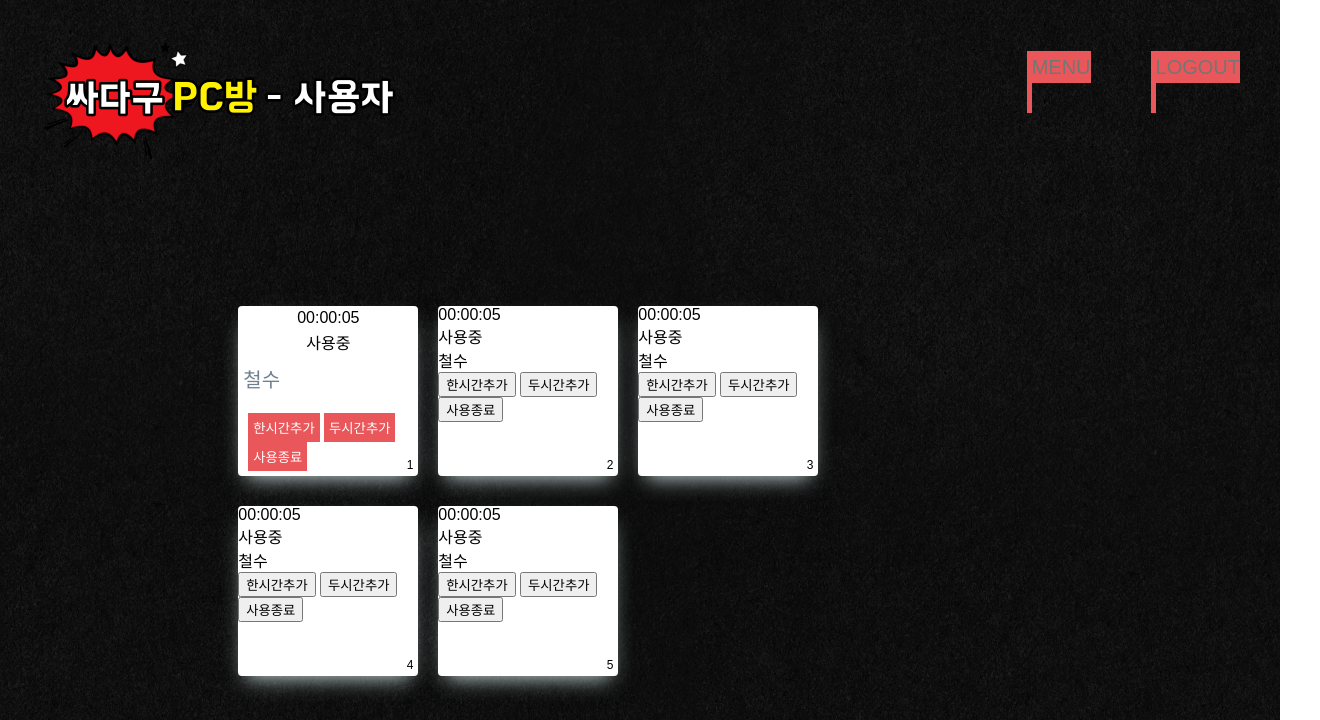
Repository: lkwoung/webProject-assignment
Page: http://localhost/CheapPC/userSeat.jsp
An editor plug-in stored every save of this project. The page is shown before and after the next save, followed by the edit.
The browser window is 1280 px wide. The page is 1320 px wide, so the pictures cover 1320 px, including what lies to the right of the window. The pictures show the whole page.
Some web fonts or font styles are not loaded; a fallback is used. The page is served by Tomcat 9. Other server files are loaded and not shown.

Above is the page before, as saved 2020-12-13 13:18:58.

### CheapPC/WebContent/userSeat.jsp
<%@ page language="java" contentType="text/html; charset=UTF-8"
   pageEncoding="UTF-8"%>
<!DOCTYPE html>

<html>
<head>
  <meta charset="UTF-8">
  <title>사용자 자리 view</title>
  <link rel="stylesheet" href="css/userView.css">
  <link href="https://fonts.googleapis.com/earlyaccess/hanna.css" rel="stylesheet" type="text/css" />
</head>
<style>
a{
background:#EA575B;
color:#fff;
border:none;
font-family:'Hanna', sans-serif;
padding:5px;
}</style>
<body>
<div class="nav-header">
    <div class="nav-brand">
    <i class="fa fa-bars fa-3x"></i>
    <div class="header-links">
      <ul>
        <li data-menuanchor="thirdPage"><a href="index.jsp">LOGOUT</a></li>
        <li data-menuanchor="secondPage"><a href="menu.jsp">MENU</a></li>
      </ul>
    </div>
  </div>
  </div>
<!-- partial:index.partial.html -->
<div id="app-cover">
  <div class="row">
    <div class="toggle-button-cover">
      <div class="button-cover">
        <div class="button r" id="button-1" >
          <div class="knobs"></div>
          <div class="layer">
         <div class="0" style="text-align:center;padding-top:3px;">00:00:00</div>
         <div id="0-state" style="text-align:center;padding-top:3px;padding-bottom:10px;">사용중</div>
         <div id="0-user" style="padding-left:5px; font-size:20px; color:#708090; padding-bottom:20px;"> </div>
         <div class="0buttons" style="top:20%; padding-left:10px; ">

         <input type="button" style="background:#EA575B; color:#fff;border:none; font-family:'Hanna', sans-serif;padding:5px;"onclick="fncAddTime(0,3600);" value="한시간추가"/>
         <input type="button" style="background:#EA575B; color:#fff;border:none; font-family:'Hanna', sans-serif;padding:5px;"onclick="fncAddTime(0,7200);" value="두시간추가"/>
         <input type="button" style="background:#EA575B; color:#fff;border:none; font-family:'Hanna', sans-serif;padding:5px;"onclick="fucEndTimer(0);" value="사용종료"/>
         </a>
         </div>
          </div>

        </div>
      </div>
    </div>
    <div class="toggle-button-cover">
      <div class="button-cover">
        <div class="button r" id="button-2">
          <div class="knobs"></div>
             <div class="layer">
                <div class="1">00:00:00</div>
                <div id="1-state">사용중</div>
                <div id="1-user"> </div>
            <input type="button" onclick="fncAddTime(1,3600);" value="한시간추가"/>
            <input type="button" onclick="fncAddTime(1,7200);" value="두시간추가"/>
            <input type="button" onclick="fucEndTimer(1);" value="사용종료"/>
         </div>
        </div>
      </div>
    </div>
    <div class="toggle-button-cover">
      <div class="button-cover">
        <div class="button r" id="button-3">
          <div class="knobs"></div>
          <div class="layer">
             <div class="2">00:00:00</div>
             <div id="2-state">사용중</div>
             <div id="2-user"> </div>
         <input type="button" onclick="fncAddTime(2,3600);" value="한시간추가"/>
         <input type="button" onclick="fncAddTime(2,7200);" value="두시간추가"/>
         <input type="button" onclick="fucEndTimer(2);" value="사용종료"/>
         </div>
        </div>
      </div>
    </div>
  </div>
  <div class="row">
    <div class="toggle-button-cover">
      <div class="button-cover">
        <div class="button r" id="button-4">
          <div class="knobs"></div>
          <div class="layer">
          <div class="3">00:00:00</div>
          <div id="3-state">사용중</div>
          <div id="3-user"> </div>
         <input type="button" onclick="fncAddTime(3,3600);" value="한시간추가"/>
         <input type="button" onclick="fncAddTime(3,7200);" value="두시간추가"/>
         <input type="button" onclick="fucEndTimer(3);" value="사용종료"/>
         </div>

        </div>
      </div>
    </div>
    <div class="toggle-button-cover">
      <div class="button-cover">
        <div class="button r" id="button-5">
          <div class="knobs"></div>
          <div class="layer">
             <div class="4">00:00:00</div>
             <div id="4-state">사용중</div>
             <div id="4-user"> </div>
         <input type="button" onclick="fncAddTime(4,3600);" value="한시간추가"/>
         <input type="button" onclick="fncAddTime(4,7200);" value="두시간추가"/>
         <input type="button" onclick="fucEndTimer(4);" value="사용종료"/>
         </div>
        </div>
      </div>
    </div>
    </div>
</div>

<!-- partial -->
<script type="text/javascript">
       var handler = new Array();
       var leftT = new Array();
       /* Timer */
       function countdown(className, seconds,user){
          var tnum = className; //타이머 번호
          var element,stateName,userName,endTime, hours, mins, secs, msLeft, time;

          stateName = className.concat("-state");
          userName = className.concat("-user");
         var sUser = String(user);
          function updateTimer(){
                      msLeft = endTime - (+new Date);
                      if ( msLeft < 0 ) { // 시간 초과시 이벤트 영역
                         stateName = className.concat("-state");
                         document.getElementById(stateName).innerHTML = '빈좌석';
                         document.getElementById(userName).innerHTML = ' ';
                      }
                      else {
                         document.getElementById(stateName).innerHTML = '사용중';//빈좌석을 사용중으로 변경 후
                         document.getElementById(userName).innerHTML = sUser ; //사용자 이름을 표기
                              time = new Date( msLeft );
                              leftT[tnum] = msLeft; //현재 남은 시간을 전역으로 추가
                              hours = ('0' + time.getUTCHours()).slice(-2);
                              mins  = ('0' + time.getUTCMinutes()).slice(-2);
                              secs  = ('0' + time.getUTCSeconds()).slice(-2);
                              element.innerHTML = hours + ':' + mins + ':' + secs;
                              handler[tnum] = setTimeout(updateTimer, time.getUTCMilliseconds());
                      }
               }
               element = document.getElementsByClassName(className);
               if(element.length!=0) {// 해당 타이머가 맞는지 확인
                      element = element[0];
                      endTime = (+new Date) + 1000 * seconds;
                      updateTimer(); // 타이머 실행

               } else { //해당 타이머가 아니면...
                      //alert("no timer");
               }
       }


       fncLoadTimer();
  //     countdown('0', 3600);  // seconds 로 생성
    //   countdown('1', 1234);  // seconds 로 생성
      // countdown('2', 5055);  // seconds 로 생성
       //countdown('3', 0);  // seconds 로 생성
       //countdown('4', 3);  // seconds 로 생성
  // countdown('5', 0);  // seconds 로 생성


function fncAddTime(tableNum,time) { //버튼 클릭
         clearTimeout(handler[tableNum]);
            tleft = leftT[tableNum] / 1000;
            timerName = String(tableNum);
            countdown(timerName,tleft + time,"a");
}



function fncLoadTimer() { //페이지 최초 실행시 db에서 불러오기
   for (i = 0; i < 5 ; i ++ ){ // 좌석수 만큼 반복
      var clssI = String(i); //i순서를 문자열(클래스명이 문자열임)로 바꾼 클레스i 변수
      countdown(clssI,10,"철수");  // seconds 로 생성
   }
}

function fncMakeTimer(tableNum) { //사용자 새로 등록하기
   var user = "갑수"
   var clss = String(tableNum);
   countdown(clss, 3600,"갑수");   // seconds 로 생성
}

function fucEndTimer(timernum){ //사용종료
   clearTimeout(handler[timernum]);
   timerName = String(timernum);
   countdown(timerName,0);
}

</script>


</body>
</html>

### CheapPC/WebContent/css/userView.css
/* CSS rules are kept repetitive so that you can get CSS rules for each button easily :) */

body
{
	background: url(image/user.png) no-repeat center center fixed;
	-webkit-background-size: cover;
	-moz-background-size: cover;
	-o-background-size: cover;
	background-size: cover;
    margin: 0;
    font-size: 16px;
    font-family:'Hanna', sans-serif;
    -webkit-font-smoothing: antialiased;
}
img.user {

	min-height: 100%;
	min-width: 1024px;
	width: 100%;
	height: auto;
	position: fixed;
	top: 0;
	left: 0;
}

@media screen and (max-width: 1024px) {
img.user {
	left: 50%;
	margin-left: -512px;
	}
}

}
ul {
  list-style-type: none;
}

a {
  text-decoration: none !important;
}

h1 {
  color: #ff6363;
  font-weight: bold;
}

p {
  font-size: 20px;
  color: #484848;
}

.section {
  text-align: center;
}

.skillbar {
  cursor: pointer;
}

.hide {
  display: none;
}

.display {
  display: block;
}

/* flash alert styles */

.flash-container {
  width: 100%;
  position: fixed;
  z-index: 700;
  padding-top: 20px;
  font-weight: bold;
}

.alert {
  text-align: center !important;
  width: 500px !important;
  margin-left: auto !important;
  margin-right: auto !important;
  color: #211809 !important;
}


/* nav header links */

.nav-brand {
  position: initial;
  left: 0;
  z-index: 600;
  padding: 10px;
}

.nav-brand img {
  width: 50px;
}

.fa-bars {
  display: none !important;
  color: #ff6363;
  float: right;
  padding: 20px;
  position: fixed;
  right: 0;
  z-index: 500;
  cursor: pointer;
}

.fa-times {
  color: #ff6363;
  float: right;
  padding: 20px;
  right: 0;
  z-index: 600;
  cursor: pointer;
}

.header-links {
  position: initial;
  width: 100%;
  z-index: 500;
  padding-right:50px;
}

.header-links li {
  color: white;
  display: inline;
  float: right;
  padding: 30px;
  font-size: 20px;
}

.header-links a {
  color: #757575;
  -webkit-transition: all 0.2s ease-in;
}

.header-links a:hover {
  color: #ff6363 !important;
}

/* slide out nav menu styles */

.nav-container {
  padding-top: 10%;
}

.nav-links {
  width: 250px;
  text-align: center;
  margin-left: auto;
  margin-right: auto;
}

.nav-links ul {
  margin-top: 15%;
  text-align: center;
  padding-top: 10%;
}

.nav-links a {
  color: #ffffff;
  font-size: 30px;
  line-height: 2.5;
  font-weight: bold;
  text-decoration: none;
  margin-left: auto;
  margin-right: auto;
}

.nav-links a:hover {
  color: #ff6363;
  -webkit-transition: all 0.6s ease-in-out;
  -o-transition: all 0.6s ease-in-out;
  -ms-transition: all 0.6s ease-in-out;
  -moz-transition: all 0.6s ease-in-out;
  transition: all 0.6s ease-in-out;
}

#fp-nav ul li .fp-tooltip {
  color: #5f5f5f !important;
}

/* Expanding border effect */

.header-links a::after {
  display: block;
  margin: 0 auto;
  margin-top: 5px;
  width: 0;
  height: 2px;
  background-color: #fff;
  content: "";
  opacity: 0;
  -webkit-transition: width 0.6s, opacity 0.8s;
  -moz-transition: width 0.6s, opacity 0.8s;
  transition: width 0.6s, opacity 0.8s;
}

.header-links a:hover::after,
.header-links a:focus::after {
  opacity: 1;
  width: 100%;
}
Resources
* {
  box-sizing: border-box;
}
#app-cover
{
    display: table;
    width: 600px;
    margin: 80px auto;
    counter-reset: button-counter;
}

.row
{
    display: table-row;
}

.toggle-button-cover
{
    display: table-cell;
    position: relative;
    width: 300px;
    height: 200px;
    box-sizing: border-box;
    top: 150px;
}

.button-cover
{
    height: 100px;
    width: 150px;
    margin: 40px;
    padding: 10px;
    background-color: #fff;
    box-shadow: 0 10px 20px -8px #c5d6d6;
    border-radius: 4px;
}

.button-cover:before
{
    counter-increment: button-counter;
    content: counter(button-counter);
    position: absolute;
    right: 0;
    bottom: 0;
    color: #000000;
    font-size: 12px;
    line-height: 1;
    padding: 5px;
}

.button-cover, .knobs, .layer
{
    position: absolute;
    top: 0;
    right: 0;
    bottom: 0;
    left: 0;
    width: 180px;
    height: 170px;
    padding: inherit;
}

After the next save:
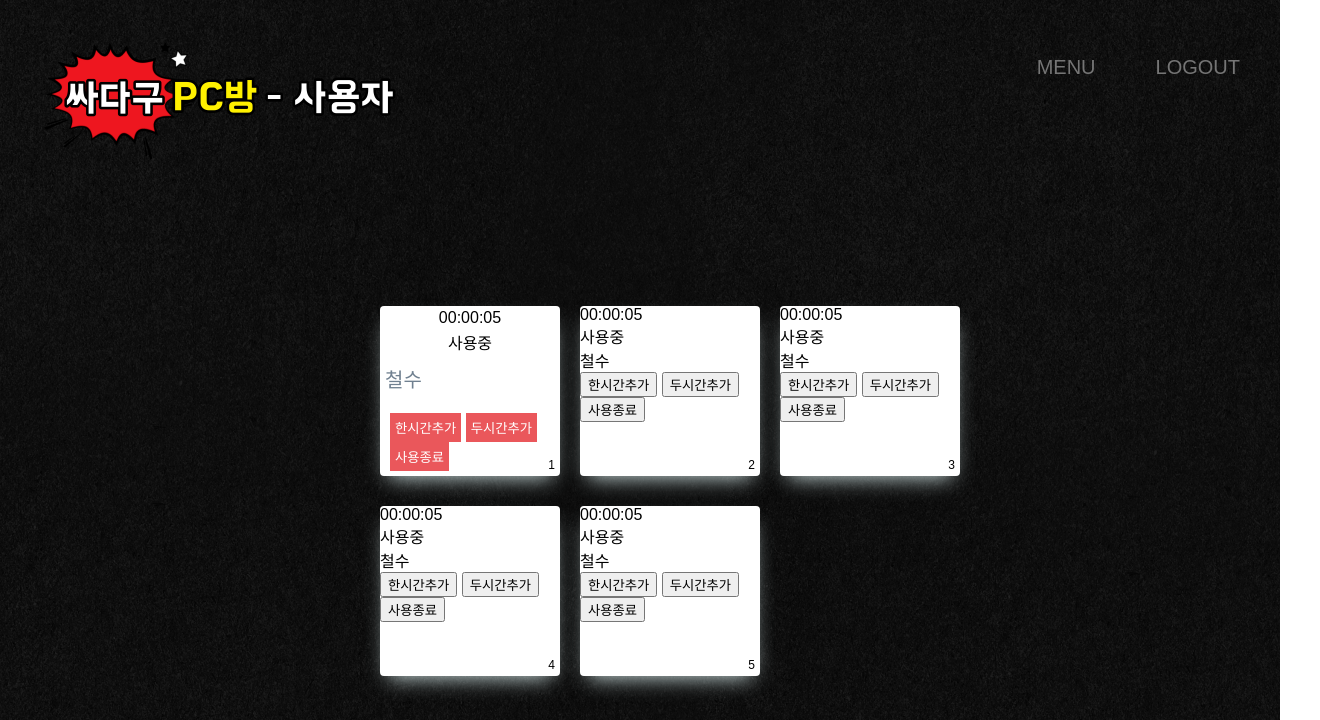
Saved 37 s later.
--- a/CheapPC/WebContent/userSeat.jsp
+++ b/CheapPC/WebContent/userSeat.jsp
@@ -9,14 +9,7 @@
   <link rel="stylesheet" href="css/userView.css">
   <link href="https://fonts.googleapis.com/earlyaccess/hanna.css" rel="stylesheet" type="text/css" />
 </head>
-<style>
-a{
-background:#EA575B;
-color:#fff;
-border:none;
-font-family:'Hanna', sans-serif;
-padding:5px;
-}</style>
+
 <body>
 <div class="nav-header">
     <div class="nav-brand">
